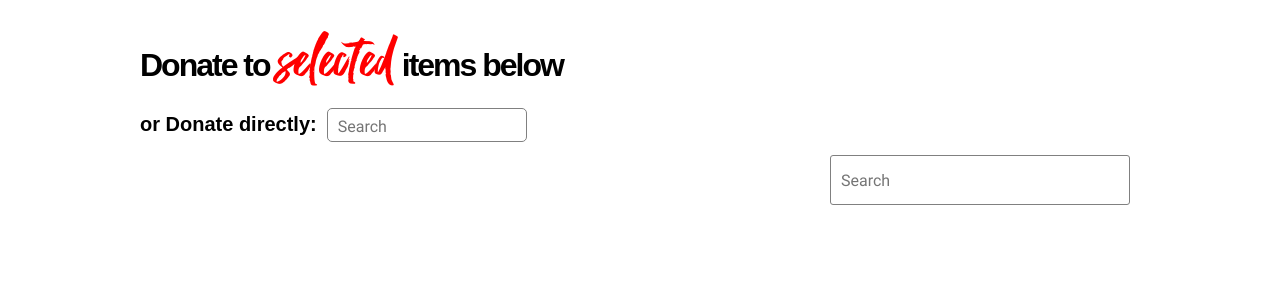
Repository: David-Waite/edableStyleChanges
Page: /
The author's editor kept a copy of each file at every save. The page is drawn from the files as they stood at one save, then again after a run of saves.
The browser window is 1280 px wide. The pictures show the whole page.
The page's requests for data from a server got no answer. The project was rebuilt for these pictures with package versions that can differ from the ones it lists, and the page was loaded fresh each time. Some packages were replaced by stand-ins written for this rebuild. No one was signed in, and anything a server would have sent is missing. Queries for data that is not in the repository find no rows. Also part of the build but not shown: src/components/Item/ProgressBar.css, src/components/Volunteer/Volunteer.tsx, src/components/DonorForm/Message.css, src/components/Volunteer/VolunteerError.tsx, src/components/Default.tsx, src/components/DonorForm/Paypal.tsx, src/components/DonorForm/DonorForm.tsx, src/components/DonorForm/PastDonations.css and 8 more.

Above is the page before, as saved 2022-11-09 19:34:55.

After the next 2 saves:
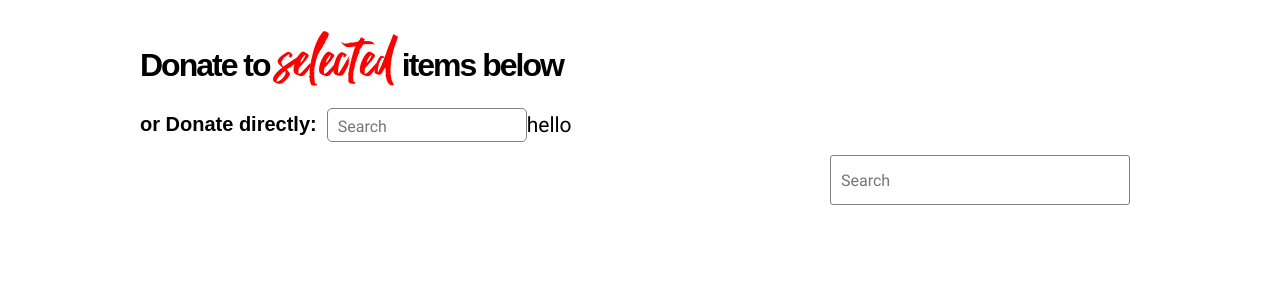
The 2 saves are shown as one change because they came seconds apart.
The last was saved 55 s later.
--- a/src/components/Landing/Landing.tsx
+++ b/src/components/Landing/Landing.tsx
@@ -122,6 +122,9 @@ function Landing() {
                 onClick={handleChange}
               />
             </div>
+            <div>
+              <a>hello</a>
+            </div>
           </div>
         </div>
 
